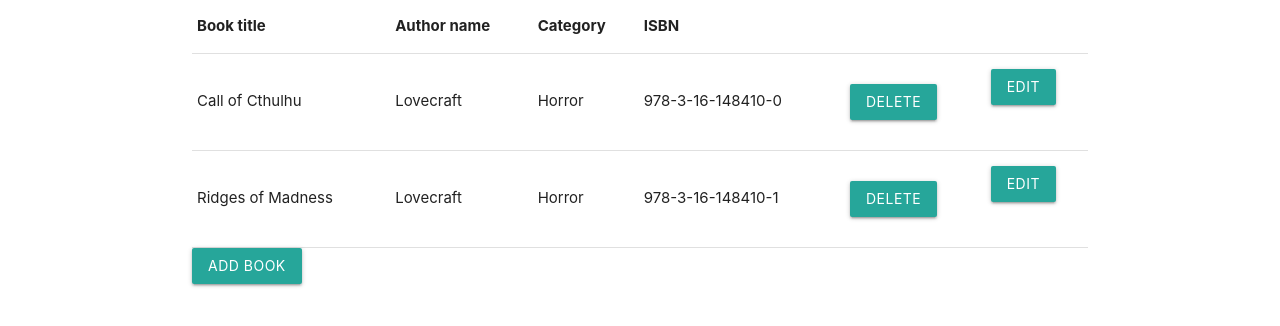
Repository: AlexanderBil/bookShalf
Page: /
These files come from the project's save history. The page is drawn as it stood at one moment and after the next save; the edit follows.
The browser window is 1280 px wide. The pictures show the whole page.
The project was rebuilt for these pictures with package versions that can differ from the ones it lists, and the page was loaded fresh each time. Also part of the build but not shown: src/components/AddBook.js, src/components/Edit.js, src/components/Modal.css.

Above is the page before, as saved 2021-06-27 20:15:00.

### public/index.html
<!DOCTYPE html>
<html lang="en">
  <head>
    <meta charset="utf-8" />
    <link rel="icon" href="%PUBLIC_URL%/favicon.ico" />
    <meta name="viewport" content="width=device-width, initial-scale=1" />
    <meta name="theme-color" content="#000000" />
    <meta
      name="description"
      content="Web site created using create-react-app"
    />
    <link rel="apple-touch-icon" href="%PUBLIC_URL%/logo192.png" />

    <link rel="manifest" href="%PUBLIC_URL%/manifest.json" />
    <link rel="stylesheet" href="https://cdnjs.cloudflare.com/ajax/libs/materialize/1.0.0/css/materialize.min.css">


    <title>React Book App</title>
  </head>
  <body>
    <noscript>You need to enable JavaScript to run this app.</noscript>
    <div id="root"></div>

  </body>
</html>

### src/index.css
body {
  margin: 0;
  font-family: -apple-system, BlinkMacSystemFont, 'Segoe UI', 'Roboto', 'Oxygen',
    'Ubuntu', 'Cantarell', 'Fira Sans', 'Droid Sans', 'Helvetica Neue',
    sans-serif;
  -webkit-font-smoothing: antialiased;
  -moz-osx-font-smoothing: grayscale;
}

.edit, .delete{
  margin: 15px 5px;
  display: table-cell;
  text-align: left;
  vertical-align: middle;
}

### src/App.js
import {BrowserRouter as Router, Route, Switch, useHistory} from 'react-router-dom';
import {useState, useEffect} from 'react';

import {ListBook} from './components/ListBook';
import {AddBook} from './components/AddBook';
import {Edit} from './components/Edit'
import {Modal} from "./components/Modal"


function App() {
  const [books, setBooks] = useState([]);        // для компонента ListBook
  const [booksEdit, setBooksEdit] = useState({}) // для компонента Edit
  const [modal, setModal] = useState(false);

  const [dataform, setDataform] = useState({     // дял компонента AddBook
    name: '',
    author: '',
    category: '',
    isbn: '',
    id: 0,
  })

//заносим данні в books
useEffect(() => {
  fetch('./db.json')
  .then(data => data.json())
  .then(data => setBooks(data))
}, []);


// функція що заносить в стейт dataform, данні з форми компонента AddBook
const handleSubmit = (e) => {
  setDataform({...dataform, [e.target.name]: e.target.value})
}

// функція що заносить в стейт editForm, данні які ми міняєм в edit
const handleEdit = (e) => {
  setBooksEdit({...booksEdit, [e.target.name]: e.target.value})
}


// функція додавання книги для компонента AddBook
const addbook = () => {
  dataform.id = books.length+1;
  setBooks([...books, dataform])

  setModal(!modal)
}


// функція для створення редагування (по кліку на Edit заносим в стейт booksEdit книгу яка спывпадаэ з id кнопки)
  const editItem = (e) => {
   books.map(item => {
      if(item.id == e.target.id){
           setBooksEdit(item)
      }
    })
  }

// функція яка обнуляє стейт booksEdit при натисненні кнопки Back в компоненті Edit
  const deletetItem = () => {
    setBooksEdit({})
  }

// функція яка зберігає редаговані дані
const saveEditBook = () =>{
  let mas = []
  books.map (item => {
    if(item.id == booksEdit.id){
      mas.push(item = booksEdit)
    }
    if(item.id != booksEdit.id){
      mas.push(item)
    }
  })
  setBooks(mas)

  setModal(!modal)
}


  return (
    <>
    <Router>
      <main className = "container">
        <Switch>
          <Route exact path = '/' render = {() => <ListBook books = {books} editItem = {editItem} />}/>
          <Route  path = '/addbook' render = { () => <AddBook handleSubmit = {handleSubmit} addbook = {addbook} books = {books} /> }/>
          <Route  path = '/edit' render = {() => <Edit booksEdit = {booksEdit} deletetItem = {deletetItem} handleEdit = {handleEdit} saveEditBook ={saveEditBook} />}/>

        </Switch>
        <Modal modal={modal} />
      </main>
    </Router>

  </>
  );
}

export default App;

### src/components/ListBook.js
import {useState, useEffect} from 'react';
import {Link} from 'react-router-dom';

function ListBook(props){

  const {books, editItem} = props;
  const [booksList, setBooksList] = useState([]);

// кладем в стейт booksList, книги
  useEffect(() => {
    setBooksList(books)
  }, [books]);

   // функція видалення книги
  const removeItem = (e) => {
    setBooksList(booksList.filter(item => item.id != e.target.id))
  }


    return (
        <div className = 'dashboard'>

     <table className = "responsive-table">
     <thead className = "responsive-table">
          <tr>
              <th>Book title</th>
              <th>Author name</th>
              <th>Category</th>
              <th>ISBN</th>
          </tr>
        </thead>

          {booksList.map(item =>
             <tbody key = {item.id} className = "responsive-table">
                <tr >
                  <td>{item.name}</td>
                  <td>{item.author}</td>
                  <td>{item.category}</td>
                  <td>{item.isbn}</td>
                  <td><button onClick = {removeItem} className = "btn delete" id = {item.id}>Delete</button></td>
                  <Link to = '/edit'><button onClick = {editItem}  className = "btn edit" id = {item.id}>Edit</button></Link>
                </tr>
          </tbody>
          )}
     </table>
       <Link to = '/addbook'> <button className = "btn">Add Book</button> </Link>
       </div>
    )
  }
  export {ListBook}

### src/components/Modal.js
import {useState, useEffect} from 'react';
import {Link} from 'react-router-dom';
import React from "react";
import './Modal.css';

function Modal (props) {
  const {modal} = props;
  const [close, setClose] = useState(true);

  useEffect(() => {
    setClose(modal)
  }, [modal])

  function closeModal(){
    setClose(!close)
  }
  return(
    close && (
    <div className = "myModal">
        <div className = "overlay"></div>
          <div className = "modal-content">
            <div className = "modal-content-center">
                <div className = "title">Change complited</div>
                <Link to = '/'> <button className = "btn close" onClick={closeModal}>Close</button> </Link>
            </div>
        </div>
    </div>
    )
  )
}

export {Modal}

### public/db.json
 [{
        "id": 1,
        "name": "Call of Cthulhu",
        "author": "Lovecraft",
        "category": "Horror",
        "isbn": "978-3-16-148410-0"
    }, {
        "id": 2,
        "name": "Ridges of Madness ",
        "author": "Lovecraft",
        "category": "Horror",
        "isbn": "978-3-16-148410-1"
    }
]

Loaded but not shown: src/index.js (common file)

After the next save:
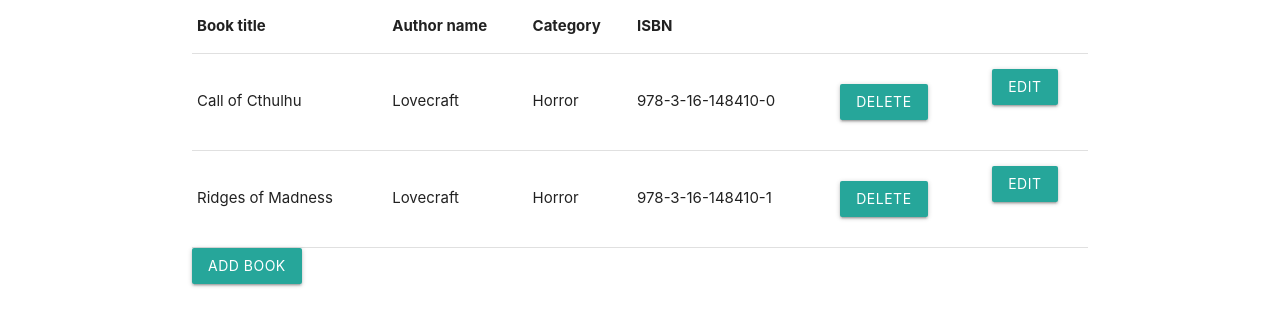
Saved 5 s later.
--- a/src/components/ListBook.js
+++ b/src/components/ListBook.js
@@ -38,7 +38,7 @@ function ListBook(props){
                   <td>{item.category}</td>
                   <td>{item.isbn}</td>
                   <td><button onClick = {removeItem} className = "btn delete" id = {item.id}>Delete</button></td>
-                  <Link to = '/edit'><button onClick = {editItem}  className = "btn edit" id = {item.id}>Edit</button></Link>
+                  <td></td><Link to = '/edit'><button onClick = {editItem}  className = "btn edit" id = {item.id}>Edit</button></Link>
                 </tr>
           </tbody>
           )}
